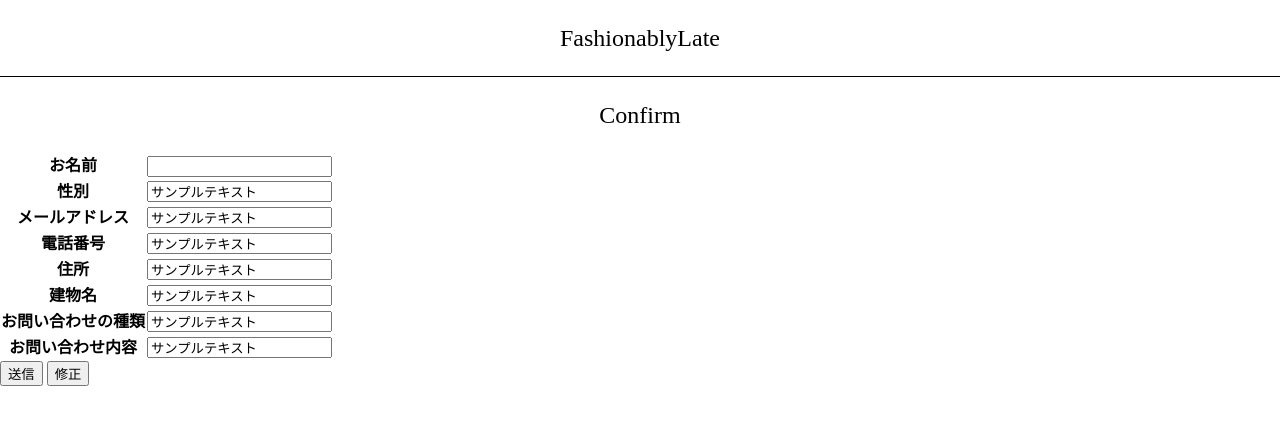
Repository: mayu-ya/test_form
Page: http://localhost/
These files come from the project's save history. The page is drawn as it stood at one moment and after the next save; the edit follows.
The browser window is 1280 px wide. The pictures show the whole page.
The page is served by the project's Laravel application, run on PHP 8.4 with Laravel 8.

Above is the page before, as saved 2026-01-17 11:00:45.

After the next save:
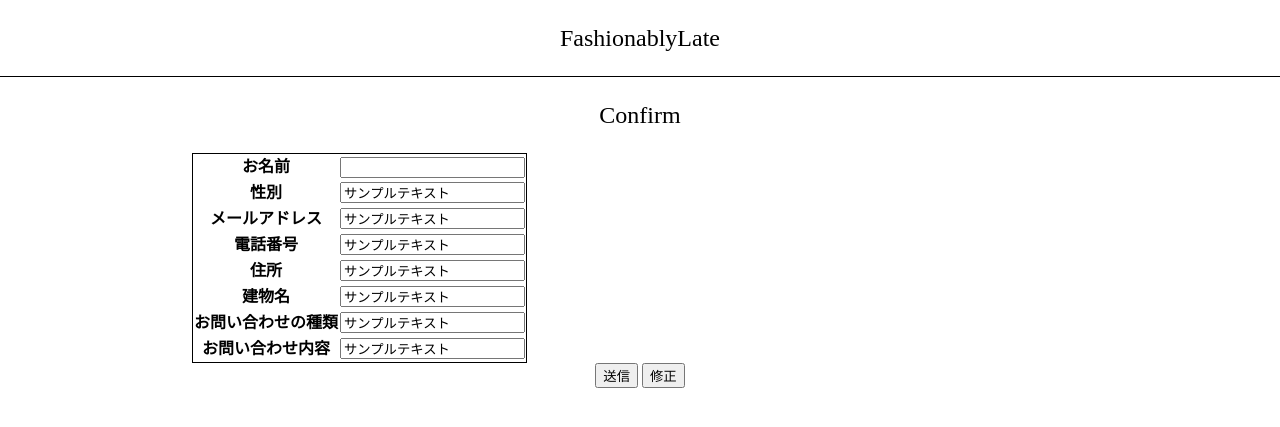
Saved 25 min 57 s later.
--- a/src/public/css/confirm.css
+++ b/src/public/css/confirm.css
@@ -10,3 +10,14 @@
     text-align: center;
     font-weight: lighter;
 }
+
+.form {
+    width: 70%;
+    margin: 0 auto;
+    text-align: center;
+    margin-bottom: 20px;
+}
+
+.table {
+    border: 1px solid black;
+}
